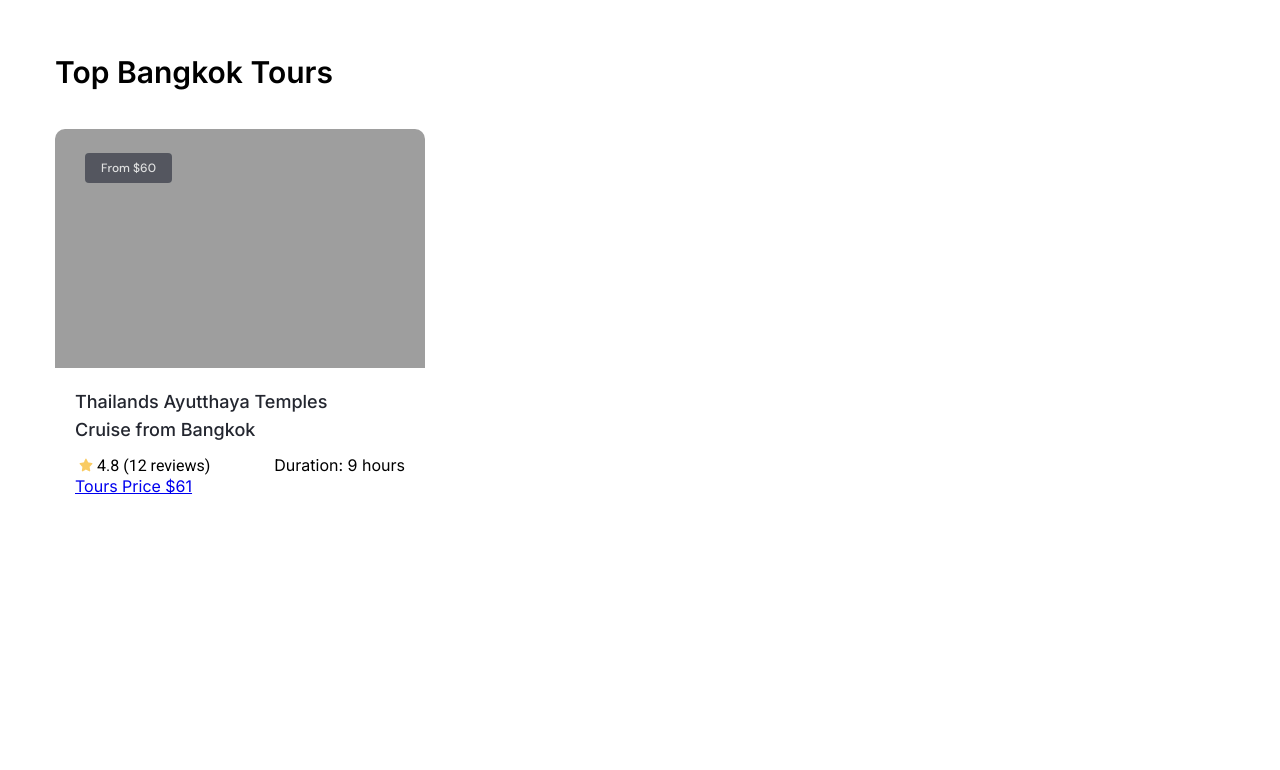
Repository: man0405/practice-web
Page: index.html
An editor plug-in stored every save of this project. The page is shown before and after the next save, followed by the edit.
The browser window is 1280 px wide. The pictures show the whole page.
Pictures or frames that could not be fetched are drawn as grey boxes. Some web fonts or font styles are not loaded; a fallback is used.

Above is the page before, as saved 2023-03-29 10:57:17.

### index.html
<!DOCTYPE html>
<html lang="en">
  <head>
    <meta charset="UTF-8" />
    <meta http-equiv="X-UA-Compatible" content="IE=edge" />
    <meta name="viewport" content="width=device-width, initial-scale=1.0" />
    <title>Practice Website</title>
    <link rel="stylesheet" href="./main.css" />
    <link rel="preconnect" href="https://fonts.googleapis.com" />
    <link rel="preconnect" href="https://fonts.gstatic.com" crossorigin="" />
    <link
      href="https://fonts.googleapis.com/css2?family=Delicious+Handrawn&amp;family=Inter:wght@100;200;300;400;500;600;700;800;900&amp;family=Pacifico&amp;family=Roboto:ital,wght@0,100;0,300;0,400;0,500;0,700;0,900;1,100;1,300;1,400;1,500;1,700;1,900&amp;display=swap"
      rel="stylesheet"
    />
    <link rel="preconnect" href="https://fonts.googleapis.com" />
    <link rel="preconnect" href="https://fonts.gstatic.com" crossorigin="" />
    <link
      href="https://fonts.googleapis.com/css2?family=DM+Sans:wght@500&amp;family=Delicious+Handrawn&amp;family=Inter:wght@100;200;300;400;500;600;700;800;900&amp;family=Pacifico&amp;family=Roboto:ital,wght@0,100;0,300;0,400;0,500;0,700;0,900;1,100;1,300;1,400;1,500;1,700;1,900&amp;display=swap"
      rel="stylesheet"
    />
    <link rel="preconnect" href="https://fonts.googleapis.com" />
    <link rel="preconnect" href="https://fonts.gstatic.com" crossorigin="" />
    <link
      href="https://fonts.googleapis.com/css2?family=DM+Sans:wght@500&amp;family=Delicious+Handrawn&amp;family=Inter:wght@100;200;300;400;500;600;700;800;900&amp;family=Pacifico&amp;family=Roboto:ital,wght@0,100;0,300;0,400;0,500;0,700;0,900;1,100;1,300;1,400;1,500;1,700;1,900&amp;display=swap"
      rel="stylesheet"
    />
    <link rel="preconnect" href="https://fonts.googleapis.com" />
    <link rel="preconnect" href="https://fonts.gstatic.com" crossorigin />
    <link
      href="https://fonts.googleapis.com/css2?family=DM+Sans:wght@500&family=Delicious+Handrawn&family=Inter:wght@100;200;300;400;500;600;700;800;900&family=Pacifico&family=Roboto:ital,wght@0,100;0,300;0,400;0,500;0,700;0,900;1,100;1,300;1,400;1,500;1,700;1,900&display=swap"
      rel="stylesheet"
    />
  </head>
  <body>
    <section class="top-tour">
      <div class="container">
        <h2 class="heading">Top Bangkok Tours</h2>
        <div class="tour-list">
          <div class="tour-item">
            <div class="tour-top">
              <img
                class="tour-image"
                src="https://source.unsplash.com/random"
                alt="tour-image"
              /><span class="tour-price">From $60</span>
            </div>
            <div class="tour-contents">
              <h3 class="tour-title">
                Thailands Ayutthaya Temples Cruise from Bangkok
              </h3>
              <div class="tour-rating">
                <div class="tour-review">
                  <div class="tour-star">
                    <img src="./img/star.png" alt="tour-rating" />
                  </div>
                  <div class="tour-review-count">4.8 (12 reviews)</div>
                </div>
                <div class="tour-duration">Duration: 9 hours</div>
              </div>
              <a
                class="tour-button"
                href="#"
                target="_blank"
                rel="noopener noreferrer"
                >Tours Price $61</a
              >
            </div>
          </div>
        </div>
      </div>
    </section>
  </body>
</html>

### main.css
*,
*:before,
*:after {
  box-sizing: border-box;
}
* {
  margin: 0;
  padding: 0;
  font: inherit;
}
img,
picture,
svg,
video {
  display: block;
  max-width: 100%;
}
body {
  font-family: "Inter", sans-serif;
  min-height: 100vh;
}

:root {
  --text-color: #fcfcfd;
  --gray-1: #23262f;
  --gray-2: #353945;
}

.container {
  width: 1170px;
  margin: 50px auto;
}

.heading {
  font-size: 30px;
  font-weight: 600;
  line-height: 1.5;
  margin-bottom: 34px;
}

.tour-item {
  border-radius: 10px;
  width: 370px;
}

.tour-top {
  width: 100%;
  height: 239px;
  position: relative;
  margin-bottom: 20px;
}

.tour-image {
  width: 100%;
  height: 100%;
  border-top-right-radius: 10px;
  border-top-left-radius: 10px;
  object-fit: cover;
}

.tour-price {
  position: absolute;
  top: 24px;
  left: 30px;
  color: var(--text-color);
  background-color: var(--gray-2);
  padding: 5px 16px;
  opacity: 0.7;
  border-radius: 4px;

  font-size: 12px;
  font-weight: 500;
  font-family: "DM Sans";
  line-height: 1.6667;
}

.tour-contents {
  margin-left: 20px;
  margin-right: 20px;
}

.tour-title {
  max-width: 258px;
  font-size: 18px;
  font-weight: 500;
  line-height: 1.5667;
  margin-bottom: 10px;
  color: var(--gray-1);
  display: -webkit-box;
  -webkit-line-clamp: 2;
  -webkit-box-orient: vertical;
  overflow: hidden;
  text-overflow: ellipsis;
  word-break: break-word;
}

.tour-rating {
  display: flex;
  justify-content: space-between;
  align-items: center;
}

.tour-review {
  display: flex;
  align-items: center;
}

.tour-review-count {
  font-family: "Roboto", sans-serif;
}

After the next save:
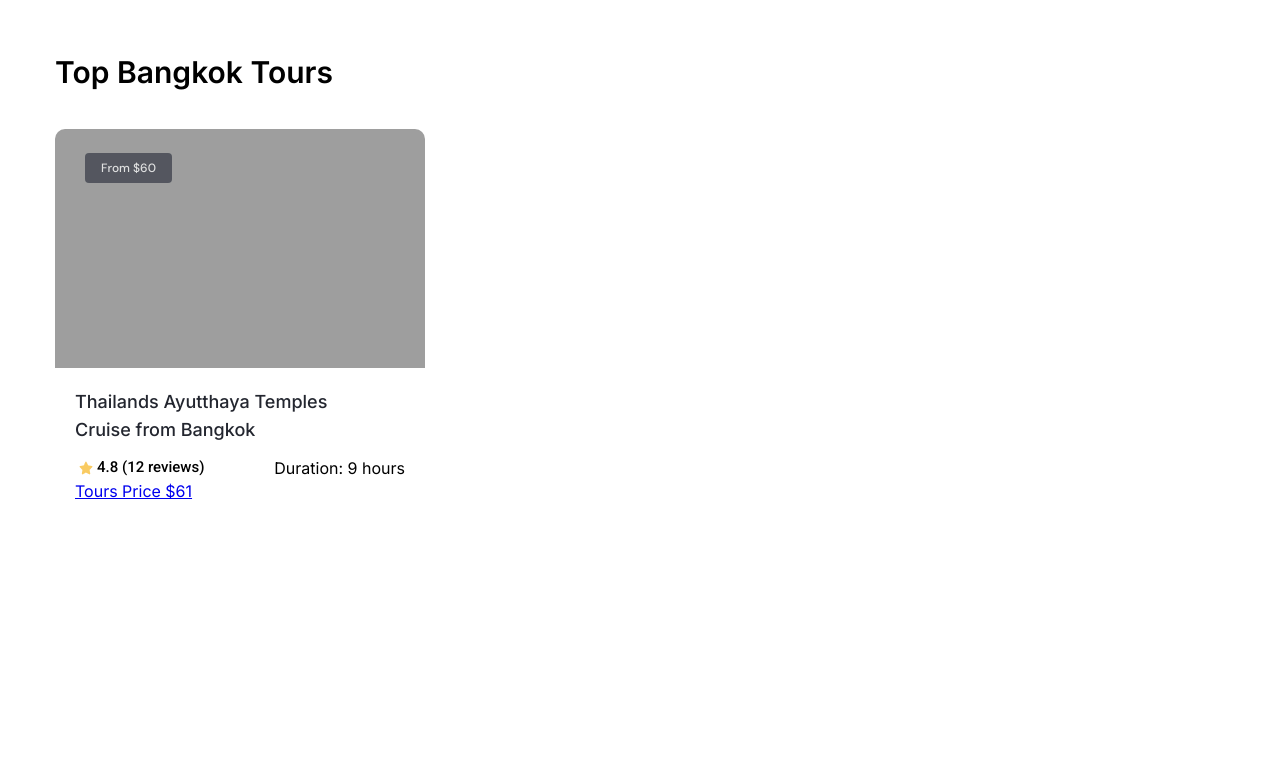
Saved 90 s later.
--- a/main.css
+++ b/main.css
@@ -107,4 +107,7 @@ body {
 
 .tour-review-count {
   font-family: "Roboto", sans-serif;
+  font-size: 15px;
+  font-weight: 500;
+  line-height: 1.8;
 }
